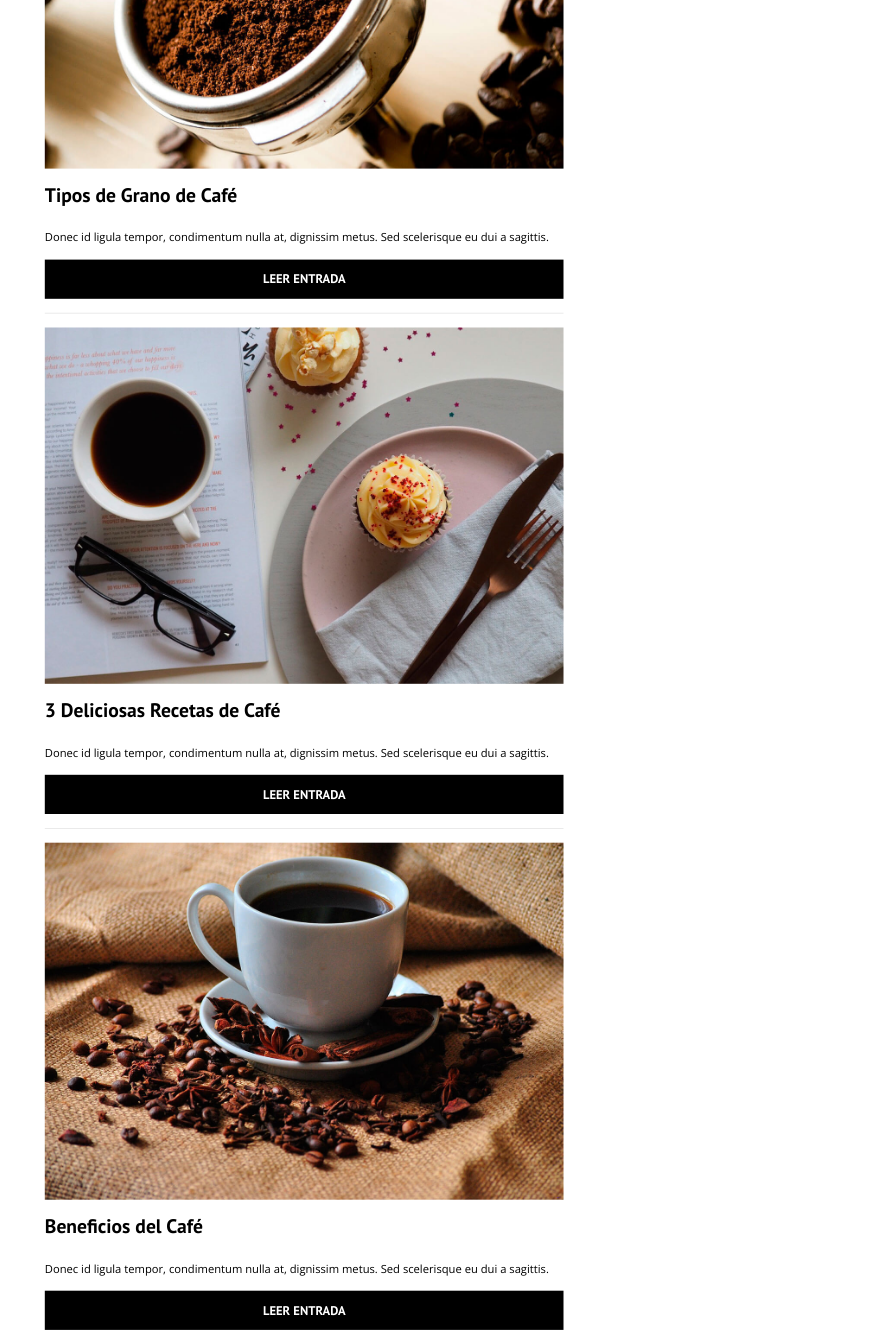
Repository: araque1990/blog_de_cafe
Page: index.html
The author's editor kept a copy of each file at every save. The page is drawn from the files as they stood at one save, then again after the next save.
The browser window is 1280 px wide. The pictures show the part of the page from y = 997 to 2917 px (the page is 2917 px tall), at 70% of full size.

Above is the page before, as saved 2023-01-12 13:21:21.

### index.html
<!DOCTYPE html>
<html lang="es">
<head>
  <meta charset="UTF-8">
  <meta http-equiv="X-UA-Compatible" content="IE=edge">
  <meta name="viewport" content="width=device-width, initial-scale=1.0">
  <title>Blog de Café</title>
  <link rel="stylesheet" href="css/normalize.css">
  <link rel="preconnect" href="https://fonts.googleapis.com"><link rel="preconnect" href="https://fonts.gstatic.com" crossorigin><link href="https://fonts.googleapis.com/css2?family=Open+Sans&family=PT+Sans:wght@400;700&display=swap" rel="stylesheet">
  <link rel="stylesheet" href="css/styles.css">
</head>
<body>

  <header class="header">
    <div class="contenedor">
      <div class="barra">
        <a class="logo" href="index.html">
          <h1 class="logo__nombre no-margin centrar-texto">Blog<span class="logo__bold">DeCafé</span></h1>
        </a>

        <nav class="navegacion">
          <a href="nosotros.html" class="navegacion__enlace">Nosotros</a>
          <a href="cursos.html" class="navegacion__enlace">Cursos</a>
          <a href="contacto.html" class="navegacion__enlace">Contacto</a>
        </nav>
      </div>
    </div>
    <div class="header__texto">
      <h2 class="no-margin">Blog de café con consejos y cursos</h2>
      <p class="no-margin">Aprende de los expertos con las mejores recetas y consejos</p>
    </div>
  </header>

  <div class="contenedor contenido-principal">
    <main class="blog">
      <h3>Nuestro Blog</h3>

      <article class="entrada">
        <div class="entrada__imagen">
          <img src="img/blog1.jpg" alt="imagen blog">
        </div>
        <div class="entrada__contenido">
          <h4 class="no-margin">Tipos de Grano de Café</h4>
          <p>Donec id ligula tempor, condimentum nulla at, dignissim metus. Sed scelerisque eu dui a sagittis.</p>
          <a href="entrada.html" class="boton boton--primario">Leer Entrada</a>
        </div>
      </article>

      <article class="entrada">
        <div class="entrada__imagen">
          <img src="img/blog2.jpg" alt="imagen blog">
        </div>
        <div class="entrada__contenido">
          <h4 class="no-margin">3 Deliciosas Recetas de Café</h4>
          <p>Donec id ligula tempor, condimentum nulla at, dignissim metus. Sed scelerisque eu dui a sagittis.</p>
          <a href="entrada.html" class="boton boton--primario">Leer Entrada</a>
        </div>
      </article>

      <article class="entrada">
        <div class="entrada__imagen">
          <img src="img/blog3.jpg" alt="imagen blog">
        </div>
        <div class="entrada__contenido">
          <h4 class="no-margin">Beneficios del Café</h4>
          <p>Donec id ligula tempor, condimentum nulla at, dignissim metus. Sed scelerisque eu dui a sagittis.</p>
          <a href="entrada.html" class="boton boton--primario">Leer Entrada</a>
        </div>
      </article>
    </main>
  </div>
</body>
</html>

### css/styles.css
:root {
  --fuenteHeading: 'PT Sans', sans-serif;
  --fuenteParrafos: 'Open Sans', sans-serif;

  --primario: #784D3C;
  --gris: #E1E1E1;
  --blanco: #FFF;
  --negro: #000;
}
html {
  box-sizing: border-box;
  font-size: 62.5%;
}
*, *:before, *:after {
  box-sizing: inherit;
}
body {
  font-family: var(--fuenteParrafos);
  font-size: 1.6rem;
  line-height: 2;
}

/* Globales */
.contenedor {
  max-width: 120rem;
  width: 90%;
  margin: 0 auto;
}
a {
  text-decoration: none;
}
h1, h2, h3, h4 {
  font-family: var(--fuenteHeading);
}
h1 {
  font-size: 4.8rem;
}
h2 {
  font-size: 4rem;
}
h3 {
  font-size: 3.2rem;
}
h4 {
  font-size: 2.8rem;
}
img {
  max-width: 100%;
}

/* Utilidades */
.no-margin {
  margin: 0;
}
.no-padding {
  padding: 0;
}
.centrar-texto {
  text-align: center;
}

/* Header */
.header {
  background-image: url(../img/banner.jpg);
  height: 60rem;
  background-size: cover;
  background-repeat: no-repeat;
  background-position: center center;
}
.header__texto {
  text-align: center;
  color: var(--blanco);
  margin-top: 5rem;
}

@media (min-width: 768px) {
  .header__texto {
    margin-top: 15rem;
  }
}

@media (min-width: 768px) {
  .barra {
    display: flex;
    justify-content: space-between;
    align-items: center;
  }
}
.logo {
  color: var(--blanco);
}
.logo__nombre {
  font-weight: 400;
}
.logo__bold {
  font-weight: 700;
}

@media (min-width: 768px) {
  .navegacion {
    display: flex;
    gap: 2rem;
  }
}
.navegacion__enlace {
  display: block;
  text-align: center;
  font-size: 1.8rem;
  color: var(--blanco);
}

@media (min-width: 768px) {
  .contenido-principal {
    display: grid;
    grid-template-columns: 2fr 1fr;
    column-gap: 4rem;
  }
}

.entrada {
  border-bottom: 1px solid var(--gris);
  margin-bottom: 2rem;
}
.entrada:last-of-type {
  border: none;
  margin-bottom: 0;
}
.boton {
  display: block;
  font-family: var(--fuenteHeading);
  color: var(--blanco);
  text-align: center;
  padding: 1rem 3rem;
  font-size: 1.8rem;
  text-transform: uppercase;
  font-weight: 700;
  margin-bottom: 2rem;
}
.boton--primario {
  background-color: var(--negro);
}

Loaded but not shown: css/normalize.css (library)

After the next save:
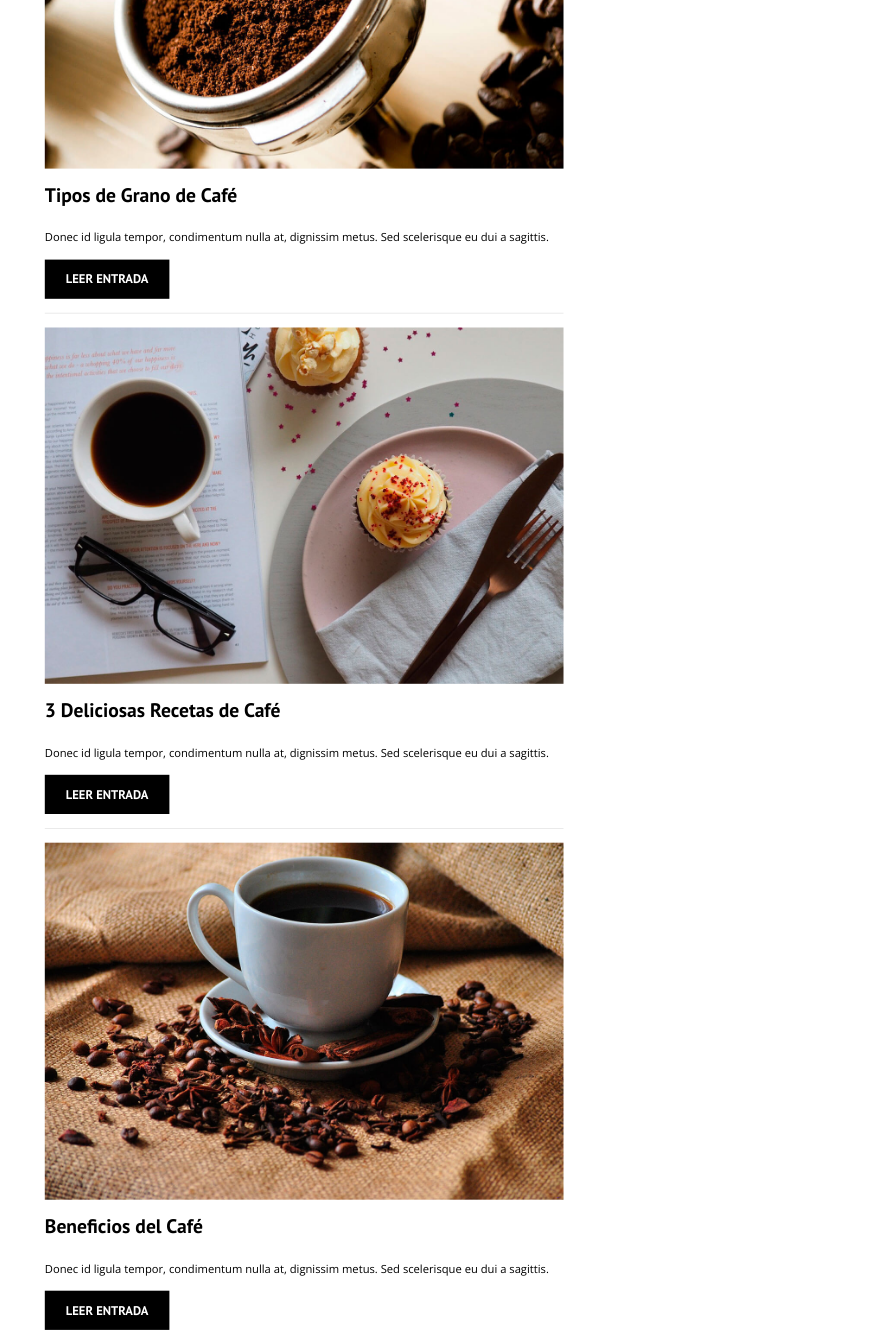
Saved 2 min 59 s later.
--- a/css/styles.css
+++ b/css/styles.css
@@ -136,6 +136,11 @@ img {
   font-weight: 700;
   margin-bottom: 2rem;
 }
+@media (min-width: 768px) {
+  .boton {
+    display: inline-block;
+  }
+}
 .boton--primario {
   background-color: var(--negro);
 }
